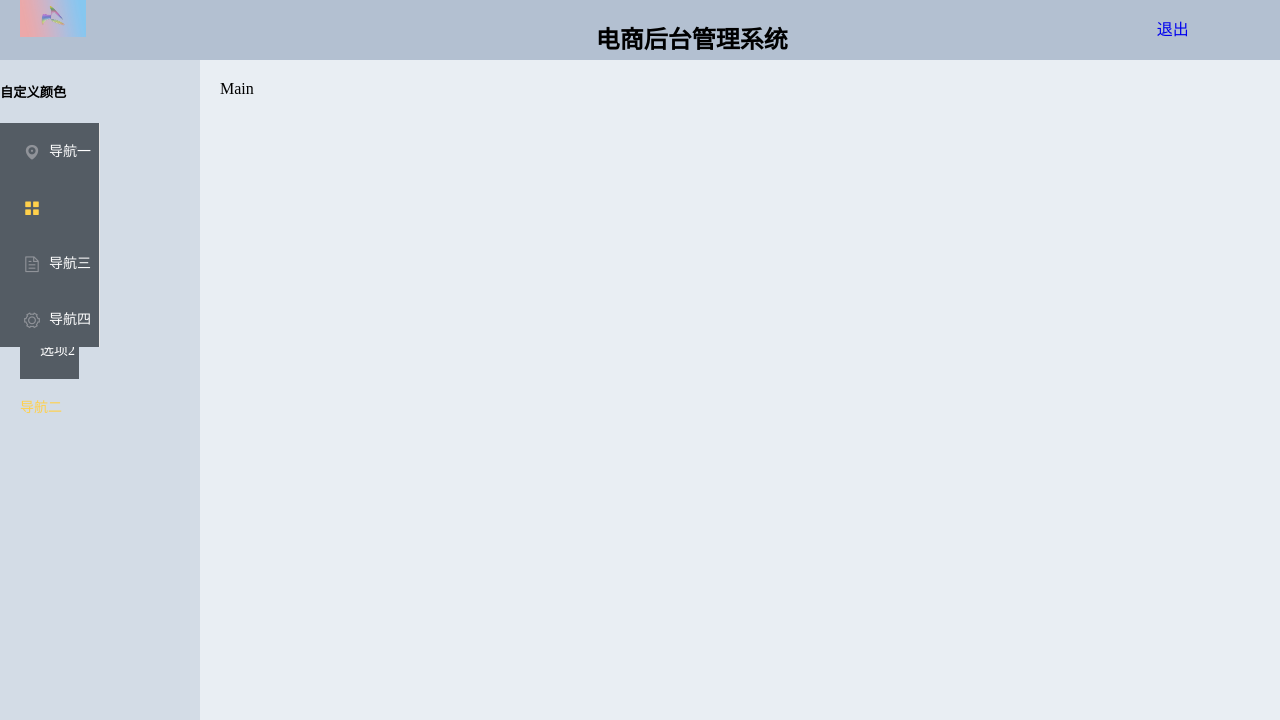
Repository: StenphonCook/mallmanger_my
Page: /
These files come from the project's save history. The page is drawn as it stood at one moment and after a run of saves; the edit follows.
The browser window is 1280 px wide. The pictures show the whole page.
The project was rebuilt for these pictures with package versions that can differ from the ones it lists, and the page was loaded fresh each time. Also part of the build but not shown: src/components/login/login.vue.

Above is the page before, as saved 2022-05-18 22:21:08.

After the next 2 saves:
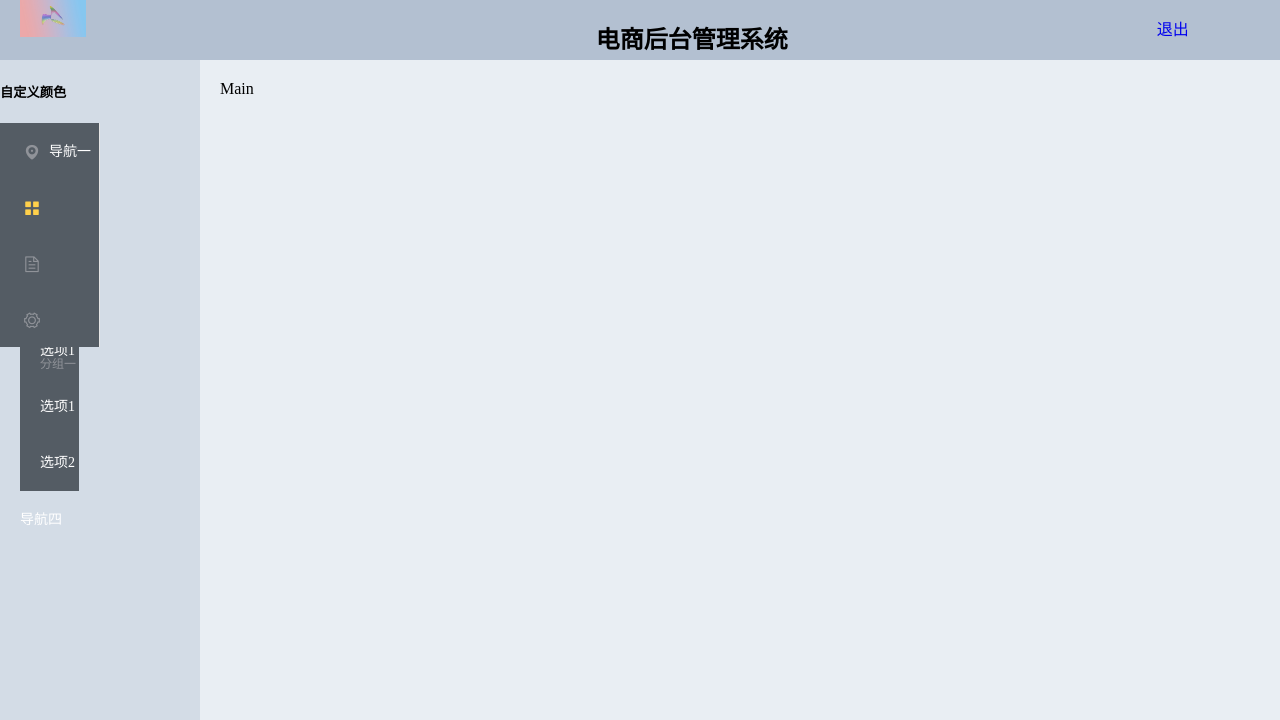
The 2 saves are shown as one change because they came seconds apart.
The last was saved 31 s later.
--- a/src/components/home/home.vue
+++ b/src/components/home/home.vue
@@ -61,10 +61,20 @@
                         <el-menu-item index="3">
                             <i class="el-icon-document"></i>
                             <span slot="title">导航三</span>
+                            <el-menu-item-group>
+                            <template slot="title">分组一</template>
+                            <el-menu-item index="1-1">选项1</el-menu-item>
+                            <el-menu-item index="1-2">选项2</el-menu-item>
+                            </el-menu-item-group>
                         </el-menu-item>
                         <el-menu-item index="4">
                             <i class="el-icon-setting"></i>
                             <span slot="title">导航四</span>
+                            <el-menu-item-group>
+                            <template slot="title">分组一</template>
+                            <el-menu-item index="1-1">选项1</el-menu-item>
+                            <el-menu-item index="1-2">选项2</el-menu-item>
+                            </el-menu-item-group>
                         </el-menu-item>
                         </el-menu>
                     </el-col>
